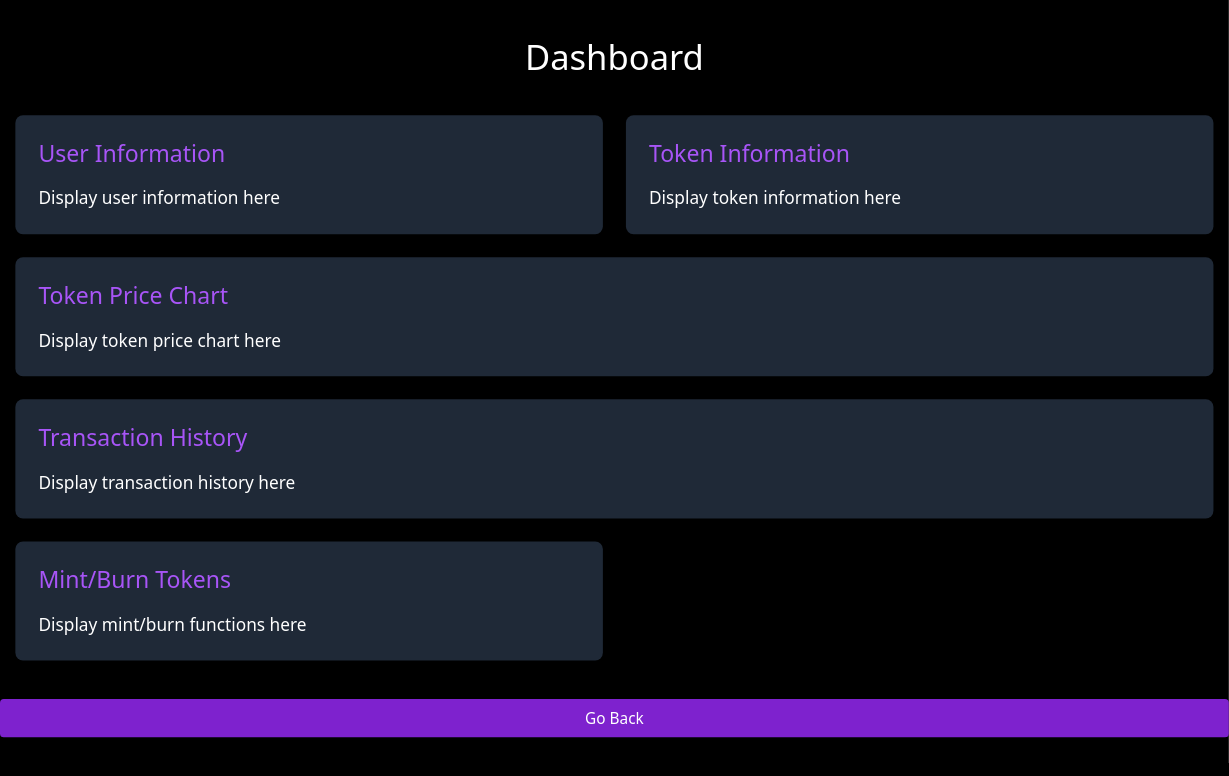
Repository: MikeeBuilds/pthnv1
Page: /dashboard
An editor plug-in stored every save of this project. The page is shown before and after the next save, followed by the edit.
The browser window is 1280 px wide. The pictures show the whole page, at 96% of full size.
The project was rebuilt for these pictures with package versions that can differ from the ones it lists, and the page was loaded fresh each time. The framework's server and built-in components were replaced by stand-ins that run in the browser. Also part of the build but not shown: next.config.js.

Above is the page before, as saved 2023-07-20 17:57:34.

After the next save:
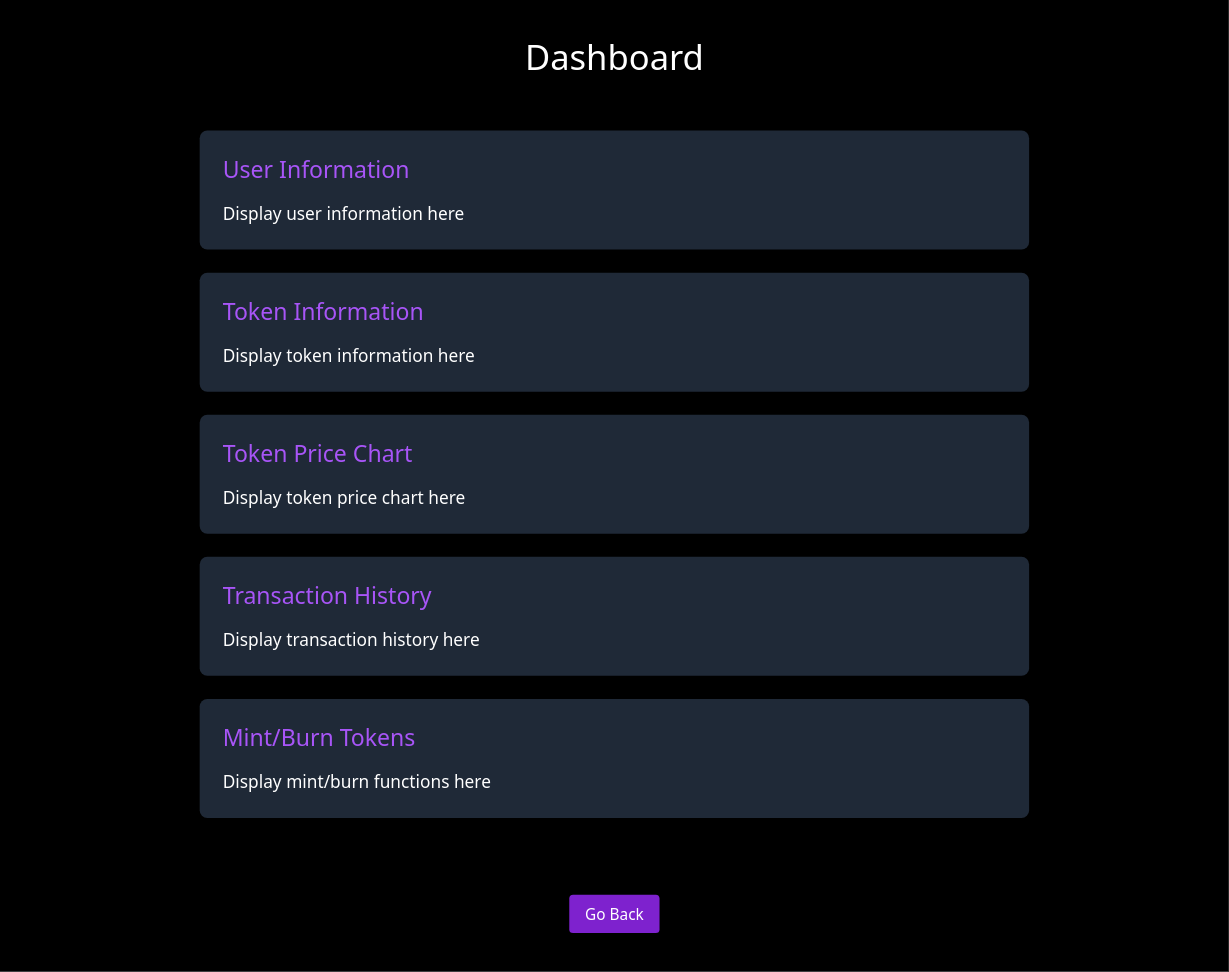
Saved 61 s later.
--- a/src/pages/dashboard/index.tsx
+++ b/src/pages/dashboard/index.tsx
@@ -3,36 +3,36 @@ import Link from 'next/link';
 
 const DashboardPage = () => {
   return (
-    <div className="bg-black text-white min-h-screen">
+    <div className="bg-black text-white min-h-screen flex flex-col items-center justify-center">
       <h1 className="text-4xl text-center py-10">Dashboard</h1>
 
-      <div className="container mx-auto px-4 grid grid-cols-1 md:grid-cols-2 gap-6">
+      <div className="w-full max-w-4xl p-4">
         {/* User Information */}
-        <div className="bg-gray-800 rounded-lg p-6">
+        <div className="bg-gray-800 rounded-lg p-6 mb-6 shadow-lg">
           <h2 className="text-2xl mb-4 text-purple-500">User Information</h2>
           <p className="text-lg">Display user information here</p>
         </div>
 
         {/* Token Information */}
-        <div className="bg-gray-800 rounded-lg p-6">
+        <div className="bg-gray-800 rounded-lg p-6 mb-6 shadow-lg">
           <h2 className="text-2xl mb-4 text-purple-500">Token Information</h2>
           <p className="text-lg">Display token information here</p>
         </div>
 
         {/* Token Price Chart */}
-        <div className="bg-gray-800 rounded-lg p-6 col-span-1 md:col-span-2">
+        <div className="bg-gray-800 rounded-lg p-6 mb-6 shadow-lg">
           <h2 className="text-2xl mb-4 text-purple-500">Token Price Chart</h2>
           <p className="text-lg">Display token price chart here</p>
         </div>
 
         {/* Transaction History */}
-        <div className="bg-gray-800 rounded-lg p-6 col-span-1 md:col-span-2">
+        <div className="bg-gray-800 rounded-lg p-6 mb-6 shadow-lg">
           <h2 className="text-2xl mb-4 text-purple-500">Transaction History</h2>
           <p className="text-lg">Display transaction history here</p>
         </div>
 
         {/* Mint/Burn Functions */}
-        <div className="bg-gray-800 rounded-lg p-6">
+        <div className="bg-gray-800 rounded-lg p-6 mb-6 shadow-lg">
           <h2 className="text-2xl mb-4 text-purple-500">Mint/Burn Tokens</h2>
           <p className="text-lg">Display mint/burn functions here</p>
         </div>
